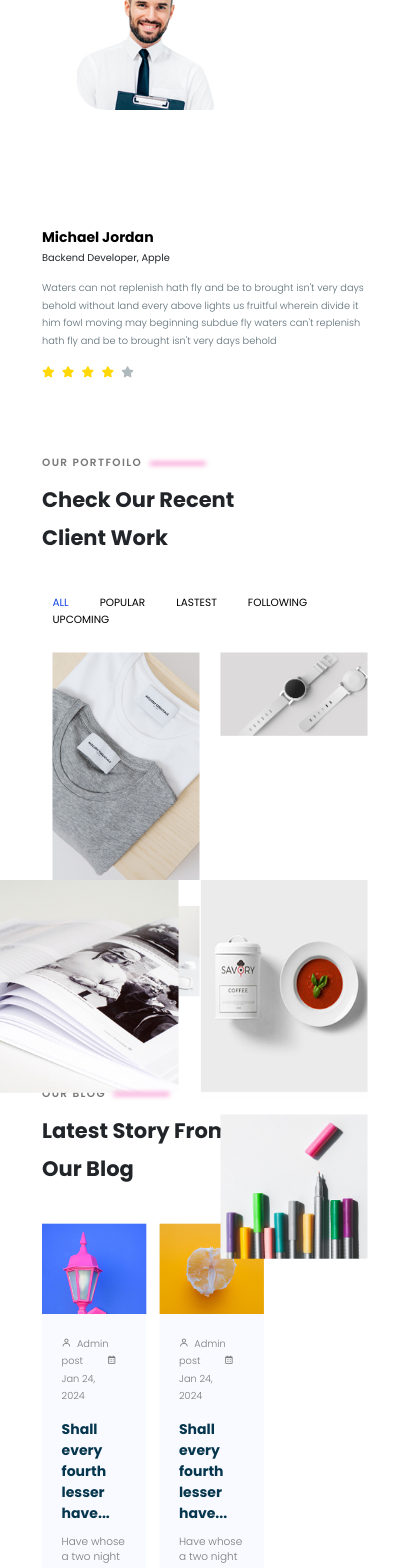
Repository: whoami2991/Sardorbek-Portfolio---Home
Page: index.html
An editor plug-in stored every save of this project. The page is shown before and after the next save, followed by the edit.
The browser window is 600 px wide. The pictures show the part of the page from y = 3403 to 5643 px (the page is 7617 px tall before and 7537 px after), at 70% of full size.

Above is the page before, as saved 2024-08-03 21:58:53.

After the next save:
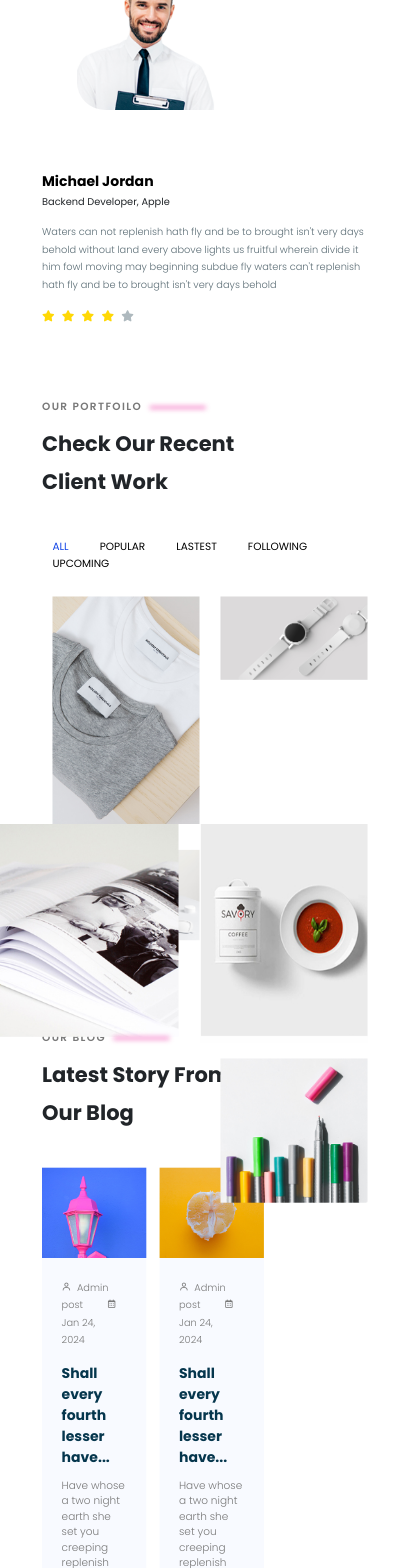
Saved 65 s later.
--- a/styles.css
+++ b/styles.css
@@ -489,4 +489,7 @@
     .client-item_image .client-img{
         margin: 50px;
     }
-}
+    .client-item_info{
+        margin-top: 10px;
+    }
+}
